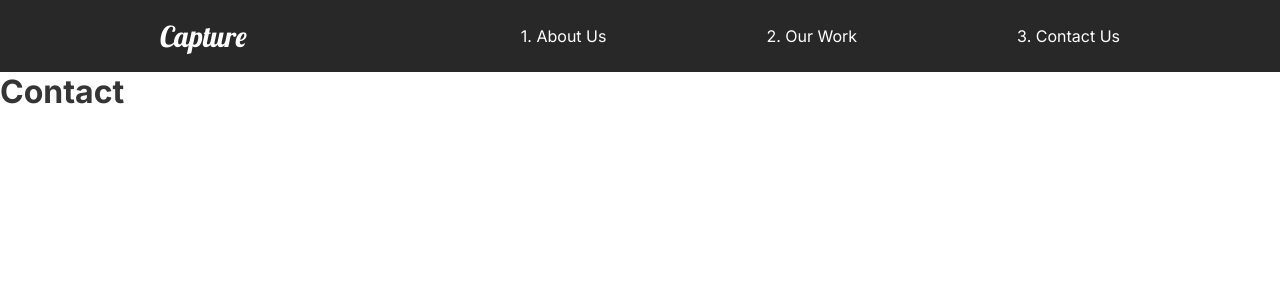
Repository: programmingwithlevi/capture
Page: /contact
The author's editor kept a copy of each file at every save. The page is drawn from the files as they stood at one save, then again after a run of saves.
The browser window is 1280 px wide. The pictures show the whole page.
The project was rebuilt for these pictures with package versions that can differ from the ones it lists, and the page was loaded fresh each time. Also part of the build but not shown: src/styles.js, src/components/Wave.js, src/components/AboutSection.js, src/components/UseScroll.js, src/components/ServicesSection.js, src/components/Toggle.js, src/components/FaqSection.js, src/pages/AboutUs.js and 3 more.

Above is the page before, as saved 2021-12-13 16:59:34.

### public/index.html
<!DOCTYPE html>
<html lang="en">
  <head>
    <meta charset="utf-8" />
    <link rel="icon" href="%PUBLIC_URL%/favicon.ico" />
    <meta name="viewport" content="width=device-width, initial-scale=1" />
    <meta name="theme-color" content="#000000" />
    <meta
      name="description"
      content="Web site created using create-react-app"
    />
    <link rel="preconnect" href="https://fonts.googleapis.com">
<link rel="preconnect" href="https://fonts.gstatic.com" crossorigin>
<link href="https://fonts.googleapis.com/css2?family=Inter:wght@400;700&family=Lato:wght@400;700&display=swap" rel="stylesheet">
<link rel="preconnect" href="https://fonts.googleapis.com">
<link rel="preconnect" href="https://fonts.gstatic.com" crossorigin>
<link href="https://fonts.googleapis.com/css2?family=Inter:wght@400;700&family=Lato:wght@400;700&family=Lobster&display=swap" rel="stylesheet">
    <link rel="apple-touch-icon" href="%PUBLIC_URL%/logo192.png" />
    <!--
      manifest.json provides metadata used when your web app is installed on a
      user's mobile device or desktop. See https://developers.google.com/web/fundamentals/web-app-manifest/
    -->
    <link rel="manifest" href="%PUBLIC_URL%/manifest.json" />
    <!--
      Notice the use of %PUBLIC_URL% in the tags above.
      It will be replaced with the URL of the `public` folder during the build.
      Only files inside the `public` folder can be referenced from the HTML.

      Unlike "/favicon.ico" or "favicon.ico", "%PUBLIC_URL%/favicon.ico" will
      work correctly both with client-side routing and a non-root public URL.
      Learn how to configure a non-root public URL by running `npm run build`.
    -->
    <title>Capture</title>
  </head>
  <body>
    <noscript>You need to enable JavaScript to run this app.</noscript>
    <div id="root"></div>
    <!--
      This HTML file is a template.
      If you open it directly in the browser, you will see an empty page.

      You can add webfonts, meta tags, or analytics to this file.
      The build step will place the bundled scripts into the <body> tag.

      To begin the development, run `npm start` or `yarn start`.
      To create a production bundle, use `npm run build` or `yarn build`.
    -->
  </body>
</html>

### src/index.js
import React from 'react';
import ReactDOM from 'react-dom';

import App from './App';
import reportWebVitals from './reportWebVitals';
import {BrowserRouter} from 'react-router-dom';

ReactDOM.render(
  <React.StrictMode>
    <BrowserRouter>
    <App />
    </BrowserRouter>
  </React.StrictMode>,
  document.getElementById('root')
);

// If you want to start measuring performance in your app, pass a function
// to log results (for example: reportWebVitals(console.log))
// or send to an analytics endpoint. Learn more: https://bit.ly/CRA-vitals
reportWebVitals();

### src/App.js
import React from "react";
//import pages
import AboutUs from '../src/pages/AboutUs';
import GlobalStyle from "./components/GlobalStyle";
import ContactUs from "./pages/ContactUs";
import OurWork from "./pages/OurWork";
import Nav from "./components/Nav";
import MovieDetail from "./pages/MovieDetail";

//router
import {Route,Switch,useLocation} from "react-router-dom";
//animaitom
import {AnimatePresence} from "framer-motion";

function App() {
  const location = useLocation();
  return  (
    <div className="App">

        <GlobalStyle />

        <Nav />
        <AnimatePresence exitBeforeEnter>
        <Switch location={location} key={location.pathname}>
          <Route path="/"  exact>
            <AboutUs />
          </Route>
          <Route path="/work" exact>
            <OurWork />
          </Route>
          <Route path="/work/:id">
            <MovieDetail />
          </Route>
          <Route path="/contact">
            <ContactUs />
          </Route>


        </Switch>
        </AnimatePresence>
    </div>
  );
}

export default App;

### src/components/GlobalStyle.js
import {createGlobalStyle} from 'styled-components';

const GlobalStyle = createGlobalStyle`
*{
   margin: 0;
   padding: 0;
   box-sizing: border-box
}
body{
    background: #1b1b1b;
    font-family: 'Inter', sans-serif;
}
button{
    font-weight: bold;
    font-size: 1.1.rem;
    padding: 1rem 2rem;
    border: 3px solid #23d997;
    background: transparent;
    color: white;
    transition: all 0.5s ease;
    font-family: 'Inter', sans-serif;
    &:hover{
        background-color:  #23d997;
        color: white;
    }

}
h2{
       font-weight: lighter;
       font-size: 4rem;
    }
    h3{
        color: white;
    }
    h4{
        font-weight: bold;
        color: #23d997;
    }
    a{
        font-size: 1.1.rem;
    }
    span{
        font-weight: bold;
        color: #23d997;
    }
    p{
        padding: 3rem 0rem;
        color: #ccc;
        font-size: 1.4rem;
        line-height: 150%;
    }
`;
export default GlobalStyle;

### src/pages/ContactUs.js
import React from "react";

//animation
import {motion} from "framer-motion";
import { pageAnimation } from "../animations";
import styled from 'styled-components';

const ContactUs = () => {
    return(
        <ContactStyle exit="exit"
                    variants={pageAnimation}
                    initial="hidden"
                    animate="show"
                    style={{ background: "#FFF" }}
                >
            <h1>Contact</h1>
        </ContactStyle>
    )
}
const ContactStyle = styled(motion.div)`
    padding: 5rem 10 rem;
    color: #353535;
    min-height: 90vh;
`
const Title = styled.div`
    margin-bottom: 4rem;
    color: black;
`




export default ContactUs;

### src/components/Nav.js
import React from 'react';
import styled from 'styled-components';
import {Link} from 'react-router-dom';

const Nav = () => {
    return(
        <StyledNav>
            <h1><Link id="logo" to="/">Capture</Link></h1>
            <ul>
                <li>
                    <Link to="/">1. About Us</Link>
                </li>
                <li>
                    <Link to="/work">2. Our Work</Link>
                </li>
                <li>
                    <Link to="/contact">3. Contact Us</Link>
                </li>
            </ul>
        </StyledNav>
    )
}

const StyledNav = styled.nav`
    min-height: 10vh;
    display: flex;
    margin: auto;
    justify-content: space-between;
    align-items: center;
    padding: 1rem 10rem;
    background: #282828;
    a{
        color: white;
        text-decoration: none;
    }
    ul{
        display: flex;
        list-style: none;
    }
    #logo{
        font-size: 1.8rem;
        font-family: 'Lobster', cursive;
        font-weight: lighter;
    }
    li{
        padding-left: 10rem;
        position: relative;
    }
`;

export default Nav;

### src/animations.js
import { withTheme } from "styled-components";

export const pageAnimation ={
    hidden: {
        opacity: 0,
        y: 300,

    },
    show: {
        opacity: 1,
        y: 0,
        transition: {
            duration: 0.5,
            when: "beforeChildren",
            staggerChildren: 0.25,
        },
    },
    exit: {
        opacity: 0,
        //y: 300,
        transition: {
            duration: 0.5,
        },
    }
}
export const titleAnim = {
    hidden: {y: 200},
    show: {
        y:0,
        transition: {duration: 0.75, ease: "easeOut"},
    }
}
export const fade = {
    hidden: {opacity: 0},
    show: {
        opacity: 1,
        transition: {ease: "easeOut", duration: 0.75},
    }
}
export const photoAnim = {
    hidden: {scale: 1.5, opacity: 0},
    show: {
        scale: 1,
        opacity: 1,
        transition: 'easeOut',
        duration: 0.75,
    }
}
export const lineAnim = {
    hidden: {width: '0%'},
    show: {
        width: '100%',
        transition: {duration: 0.75},
    }
}

export const slider = {
    hidden: {x: '-130%', skew: '45deg'},
    show: {
        x: '100%',
        skew: '0deg',
        transition: {ease: "easeOut", duration: 1 },
    }
}

export const sliderContainer = {
    hidden: {opacity: 1},
    show: {opacity: 1, transition: { staggerChildren: 0.1, ease: 'easeOut'}},
}
export const scrollReveal = {
    hidden: {opacity: 0, scale: 1.2, transition:{duration: 0.5}},
    show: {
        opacity: 1,
        scale: 1,
        transition: {
            duration: 0.5,
        },
    },
};

Loaded but not shown: src/reportWebVitals.js (common file)

After the next 2 saves:
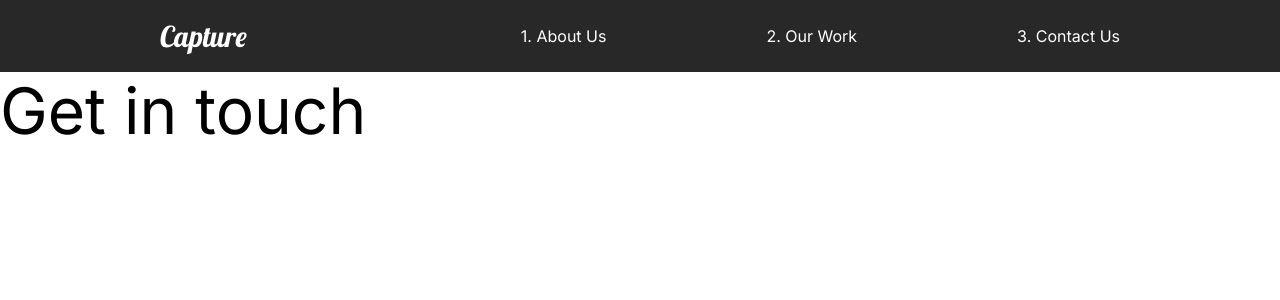
The 2 saves are shown as one change because 1 did not build or start.
The last was saved 12 min 58 s later.
--- a/src/pages/ContactUs.js
+++ b/src/pages/ContactUs.js
@@ -1,7 +1,7 @@
 import React from "react";
 
 //animation
-import {motion} from "framer-motion";
+import {motion,titleAnim} from "framer-motion";
 import { pageAnimation } from "../animations";
 import styled from 'styled-components';
 
@@ -13,7 +13,14 @@ const ContactUs = () => {
                     animate="show"
                     style={{ background: "#FFF" }}
                 >
-            <h1>Contact</h1>
+            <Title>
+               <Hide>
+                   <motion.h2 variants={titleAnim}>Get in touch</motion.h2>
+                </Hide>
+            </Title>
+            <div>
+
+            </div>
         </ContactStyle>
     )
 }
@@ -26,7 +33,11 @@ const Title = styled.div`
     margin-bottom: 4rem;
     color: black;
 `
-
+const Hide = styled.div`
+    overflow: hidden;
+    `
+const Social = styled(motion.div)`
+`
 
 
 
